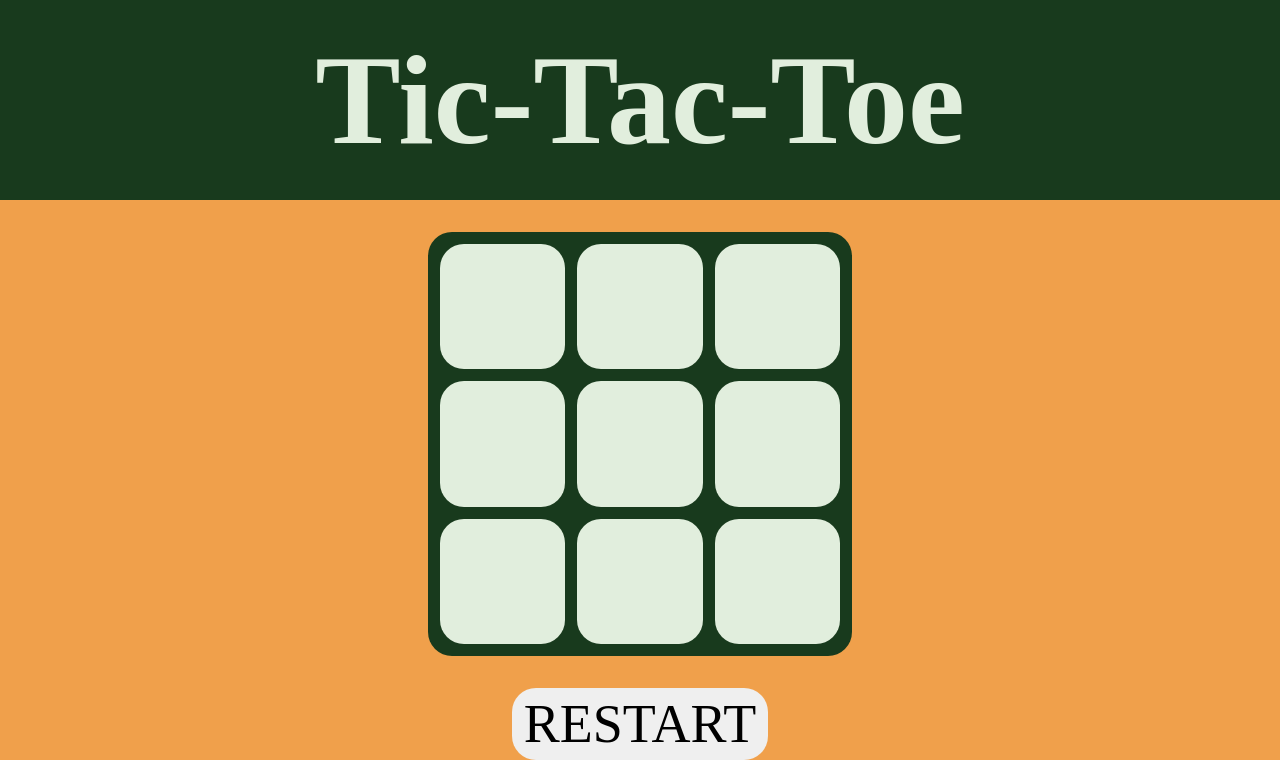
Repository: yeetzpxoci/tic-tac-toe
Page: index.html
The author's editor kept a copy of each file at every save. The page is drawn from the files as they stood at one save, then again after the next save.
The browser window is 1280 px wide. The pictures show the whole page.
Some web fonts or font styles are not loaded; a fallback is used.

Above is the page before, as saved 2023-02-23 18:47:45.

### index.html
<!DOCTYPE html>
<html lang="en">
<head>
    <meta charset="UTF-8">
    <meta http-equiv="X-UA-Compatible" content="IE=edge">
    <meta name="viewport" content="width=device-width, initial-scale=1.0">
    <title>Tic Tac Toe</title>
    <link rel="stylesheet" type="text/css" href="styles.css" />
    <link rel="preconnect" href="https://fonts.googleapis.com">
    <link rel="preconnect" href="https://fonts.gstatic.com" crossorigin>
    <link href="https://fonts.googleapis.com/css2?family=Tilt+Warp&display=swap" rel="stylesheet">
</head>
<body>
    <div class="header">
        Tic-Tac-Toe
    </div>
    <div class="board">
        <div class="square" data-index=0></div>

        <div class="square" data-index=1></div>

        <div class="square" data-index=2></div>

        <div class="square" data-index=3></div>

        <div class="square" data-index=4></div>

        <div class="square" data-index=5></div>

        <div class="square" data-index=6></div>

        <div class="square" data-index=7></div>

        <div class="square" data-index=8></div>
    </div>

    <button id="restart" onclick="game.restartGame()">RESTART</button>
<script src="script.js"></script>
</body>
</html>

### styles.css
html, body {
    margin: 0;
    padding: 0;
    font-family: 'Tilt Warp', cursive;
}

body {
    display: flex;
    flex-direction: column;
    justify-content: center;
    align-items: center;
    min-width: 100vh;
    gap: 32px;
    background-color: #F0A04B;
}

.header {
    display: flex;
    justify-content: center;
    align-items: center;
    background-color: #183A1D;
    width: 100%;
    height: 200px;
    color: #E1EEDD;
    font-size: 128px;
    font-weight: bold;
}

.board {
    height: 400px;
    width: 400px;
    background-color: #183A1D;
    border-radius: 24px;
    border-width: 0px;
    padding: 12px;
    gap: 12px;
    font-size: 96px;
    font-family: 'Tilt Warp', cursive;
    font-weight: bolder;
    display: grid;
    grid-template-columns: repeat(3, 1fr);
    grid-template-rows: repeat(3, 1fr);
    user-select: none;
}

.square {
    display: flex;
    justify-content: center;
    align-items: center;
    background-color: #E1EEDD;
    border-radius: 24px;
    border-width: 0px;
}

#restart {
    width: 256px;
    height: 72px;
    border-radius: 24px;
    border-width: 0px;
    font-size: 54px;
    font-family: 'Tilt Warp', cursive;
}

### script.js
const squares = document.getElementsByClassName("square");

const gameBoard = (() => {
    let gameBoard = ["", "", "", "", "", "", "", "", ""];

    const atIndex = (index) => {
        return gameBoard[index];
    }

    const playOn = (index, symbol) => {
        gameBoard[index] = symbol;
    }

    const resetBoard = () => {
        for (let i = 0; i < gameBoard.length; i++) {
            gameBoard[i] = "";
        }
    }

    const winner = (x, y, z) => {
        if ((gameBoard[x] === gameBoard[y]) && ((gameBoard[y] === gameBoard[z]) && (gameBoard[z] === "X"))
            || (gameBoard[x] === gameBoard[y]) && ((gameBoard[y] === gameBoard[z]) && (gameBoard[z] === "O"))) {
            return true;
        } else {
            return false;
        }
    }

    const checkWinner = () => {
        return winner(0, 1, 2)  // check for 3-in-a-row horizontally
            || winner(3, 4, 5)
            || winner(6, 7, 8)
            || winner(0, 3, 6)  // check for 3-in-a-row vertically
            || winner(1, 4, 7)
            || winner(2, 5, 8)
            || winner(0, 4, 8)  // check for 3-in-a-row diagonally
            || winner(6, 4, 2)
    }

    return {
        gameBoard, atIndex, playOn, resetBoard, winner, checkWinner
    };
})();

const players = (symbol) => {
    const play = (index) => gameBoard.playOn(index, symbol);
    return {
        symbol, play
    };
};

const game = (() => {
    let turn = "X";

    const playRound = (e) => {
        if (gameBoard.atIndex(e.currentTarget.dataset.index) === "") {
            players(turn).play(e.currentTarget.dataset.index);
            displayController.renderBoard();
            if (turn === "X") {
                turn = "O";
            } else {
                turn = "X";
            }
            if (gameBoard.checkWinner()) {
                displayController.disableSquares();
                alert("winner!");
            }
        }
    }

    const restartGame = () => {
        turn = "X";
        gameBoard.resetBoard();
        displayController.renderBoard();
        displayController.enableSquares();
    }

    return {
        turn, playRound, restartGame
    };
})();

const displayController = (() => {
    const renderBoard = () => {
        for (let i = 0; i < gameBoard.gameBoard.length; i++) {
            squares[i].innerHTML = gameBoard.gameBoard[i];
        }
    }

    const enableSquares = () => {
        for (let i = 0; i < squares.length; i++) {
            squares[i].addEventListener("click", game.playRound);
        }
    }

    const disableSquares = () => {
        for (let i = 0; i < squares.length; i++) {
            squares[i].removeEventListener("click", game.playRound);
        }
    }

    return {
        renderBoard, enableSquares, disableSquares
    }
})();

displayController.enableSquares();

After the next save:
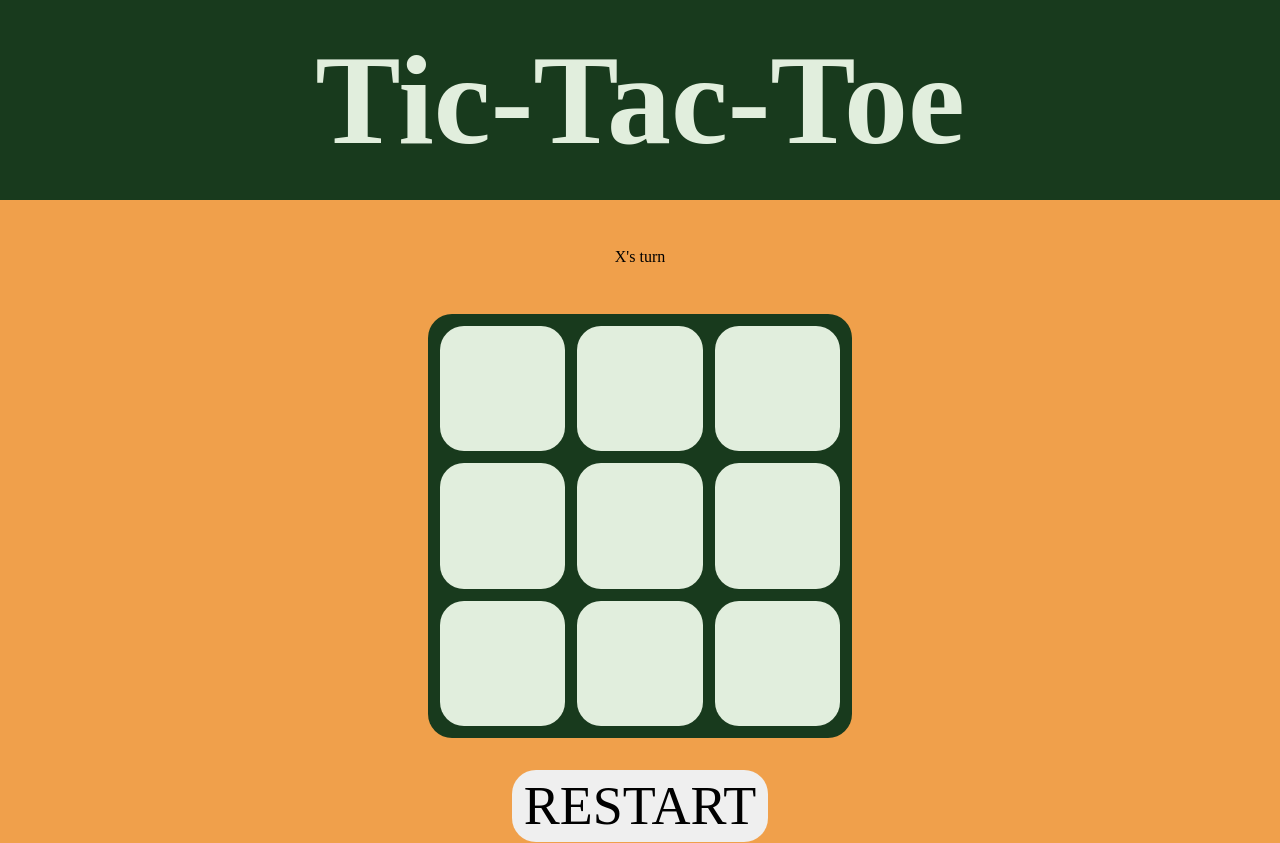
Saved 49 s later.
--- a/index.html
+++ b/index.html
@@ -14,6 +14,7 @@
     <div class="header">
         Tic-Tac-Toe
     </div>
+    <p>X's turn</p>
     <div class="board">
         <div class="square" data-index=0></div>
 
